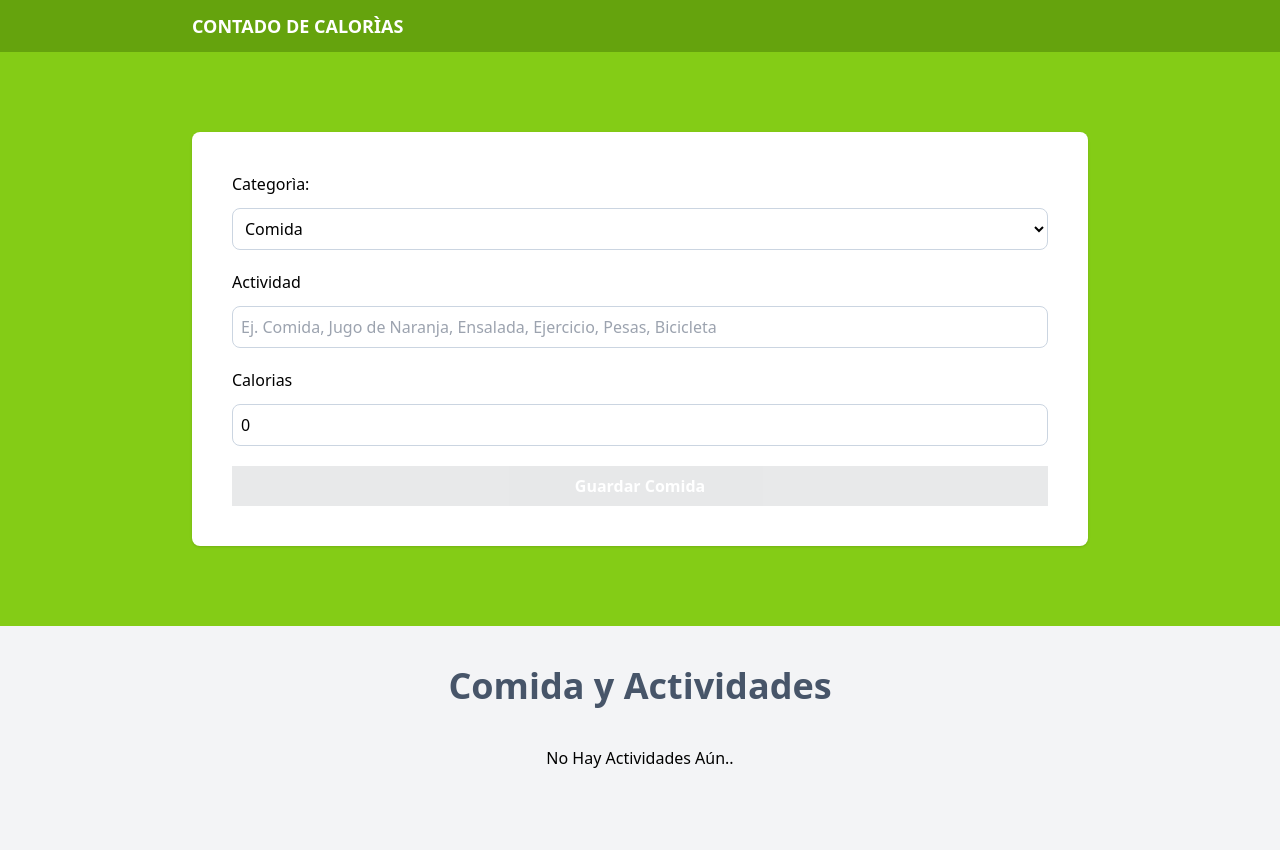
Repository: Matiiu/calorie-tracker
Page: /
These files come from the project's save history. The page is drawn as it stood at one moment and after the next save; the edit follows.
The browser window is 1280 px wide. The pictures show the whole page.
The project was rebuilt for these pictures with package versions that can differ from the ones it lists, and the page was loaded fresh each time. Also part of the build but not shown: vite.config.ts.

Above is the page before, as saved 2024-04-01 17:52:22.

After the next save:
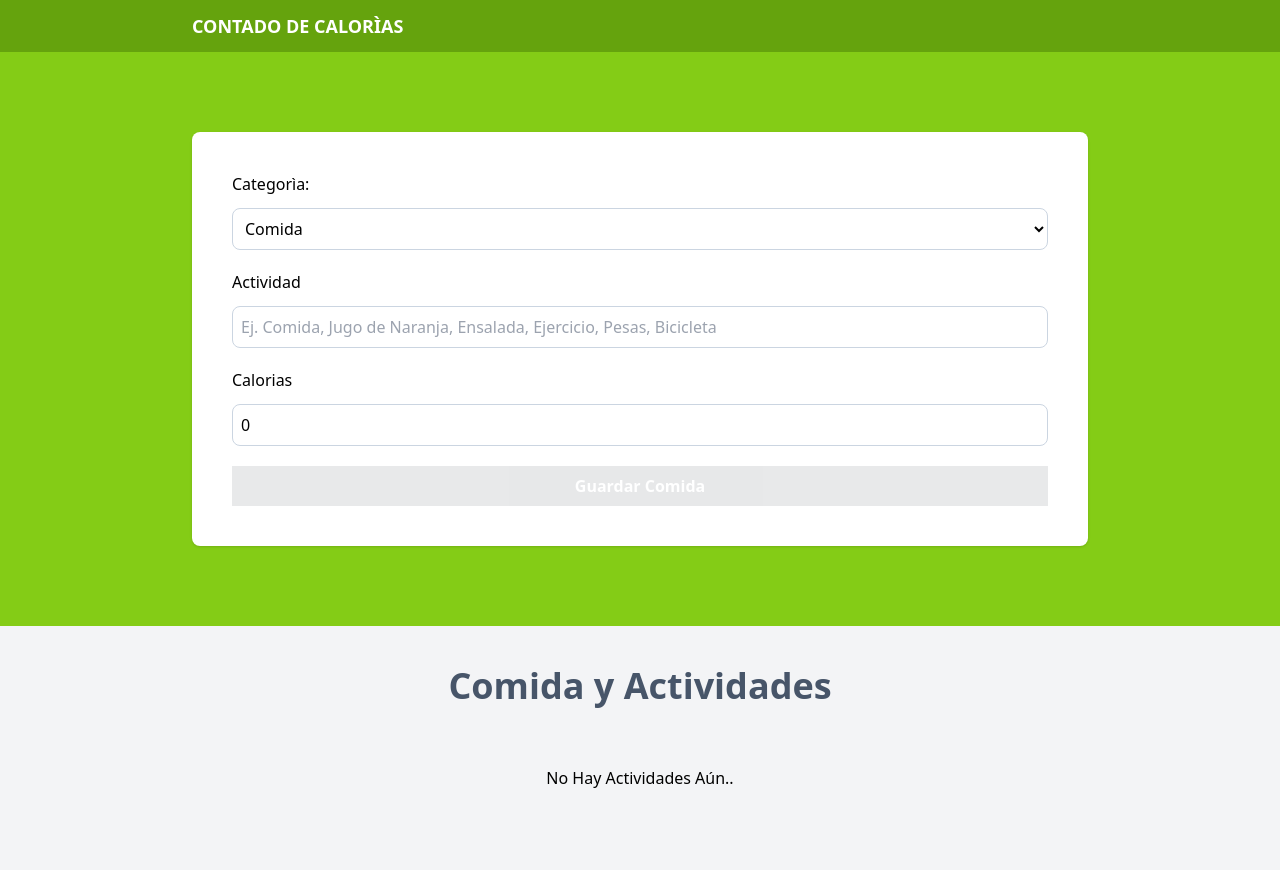
Saved 33 s later.
--- a/src/components/ActivityList.tsx
+++ b/src/components/ActivityList.tsx
@@ -46,7 +46,7 @@ export default function ActivityList({
       </h2>
 
       {!activities.length ? (
-        <p className="text-center py-10">No Hay Actividades Aún..</p>
+        <p className="text-center py-10 mt-5">No Hay Actividades Aún..</p>
       ) : (
         activities.map((activity) => (
           <div
